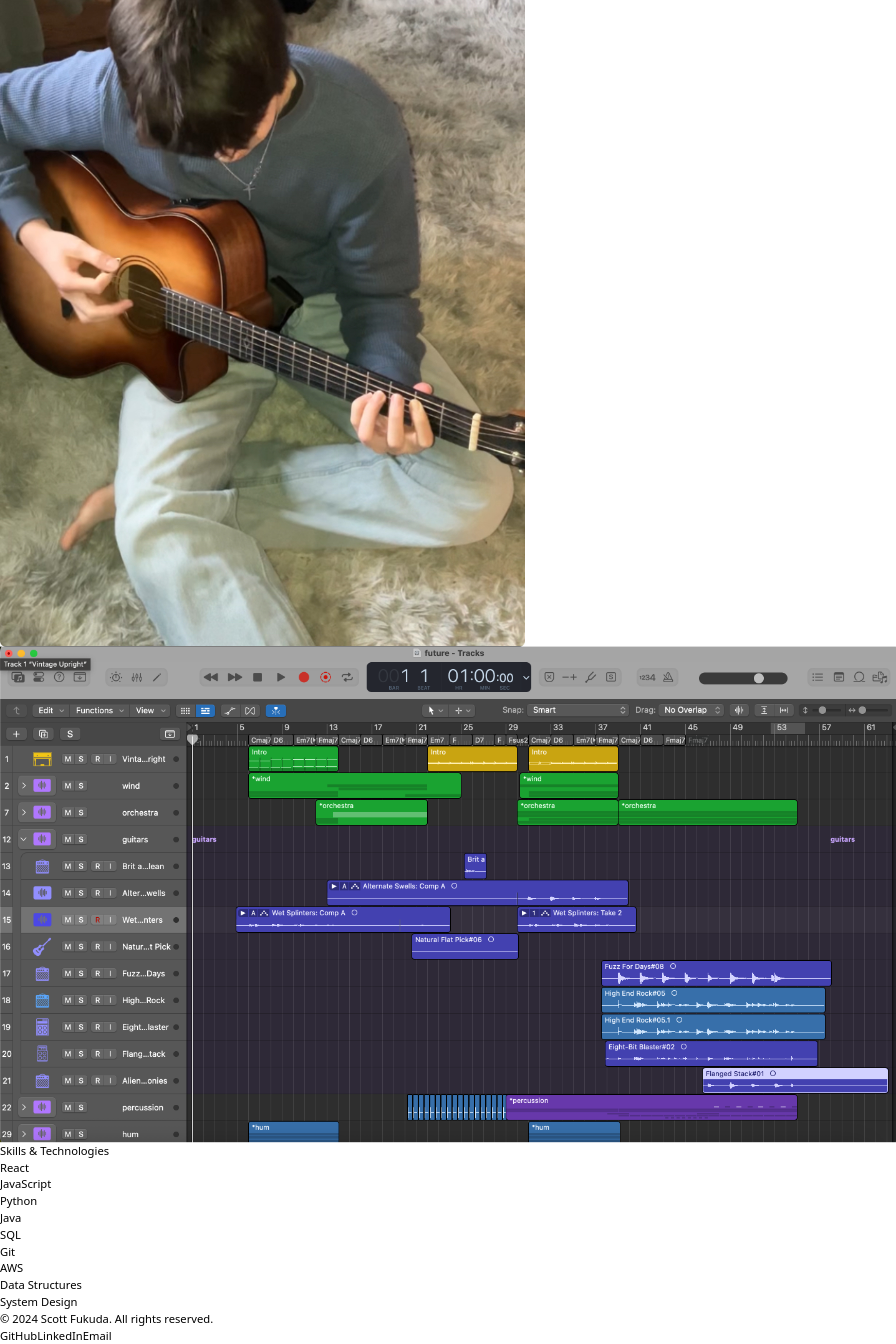
Repository: Scott-Fukuda/personalWebsite
Page: /about
These files come from the project's save history. The page is drawn as it stood at one moment and after the next save; the edit follows.
The browser window is 1280 px wide. The pictures show the part of the page from y = 1864 to 3784 px (the page is 3784 px tall before and 3760 px after), at 70% of full size.
The project was rebuilt for these pictures with package versions that can differ from the ones it lists, and the page was loaded fresh each time. Some packages were replaced by stand-ins written for this rebuild. Also part of the build but not shown: vite.config.js, src/data/experiences.js, src/pages/Home.jsx.

Above is the page before, as saved 2025-08-27 21:59:21.

### index.html
<!doctype html>
<html lang="en">
  <head>
    <meta charset="UTF-8" />
    <link rel="icon" type="image/svg+xml" href="/sf-logo.svg" />
    <link rel="icon" type="image/svg+xml" href="/sf-logo-192.svg" sizes="192x192" />
    <meta name="viewport" content="width=device-width, initial-scale=1.0" />
    <title>Scott Fukuda - Personal Website</title>
  </head>
  <body>
    <div id="root"></div>
    <script type="module" src="/src/main.jsx"></script>
  </body>
</html>

### src/App.jsx
import { BrowserRouter as Router, Routes, Route } from "react-router-dom";
import Navbar from "./components/Navbar";
import Footer from "./components/Footer";
import Home from "./pages/Home";
import About from "./pages/About";

export default function App() {
  return (
    <Router>
      <div className="min-h-screen bg-gray-50 dark:bg-gray-900 text-gray-900 dark:text-gray-100">
        <Navbar />
        <Routes>
          <Route path="/" element={<Home />} />
          <Route path="/about" element={<About />} />
        </Routes>
        <Footer />
      </div>
    </Router>
  );
}

### src/index.css
@tailwind base;
@tailwind components;
@tailwind utilities;

/* Basic reset and global styles */
* {
  margin: 0;
  padding: 0;
  box-sizing: border-box;
}

body {
  font-family: system-ui, -apple-system, BlinkMacSystemFont, 'Segoe UI', Roboto, sans-serif;
  -webkit-font-smoothing: antialiased;
  -moz-osx-font-smoothing: grayscale;
}

### src/components/Navbar.jsx
import { Link } from "react-router-dom";

export default function Navbar() {
  return (
    <nav className="bg-white dark:bg-gray-800 shadow p-4 sticky top-0 z-50">
      <div className="max-w-5xl mx-auto flex justify-between items-center">
        <h1 className="text-xl font-bold">Scott Fukuda</h1>
        <div className="flex gap-6">
          <Link to="/" className="hover:text-blue-500">Home</Link>
          <Link to="/about" className="hover:text-blue-500">About</Link>
        </div>
      </div>
    </nav>
  );
}

### src/components/Footer.jsx
export default function Footer() {
  return (
    <footer className="bg-white dark:bg-gray-800 shadow mt-12">
      <div className="max-w-5xl mx-auto p-6">
        <div className="flex flex-col md:flex-row justify-between items-center">
          <div className="text-gray-600 dark:text-gray-300">
            © 2024 Scott Fukuda. All rights reserved.
          </div>
          <div className="flex gap-4 mt-4 md:mt-0">
            <a
              href="https://github.com/Scott-Fukuda"
              target="_blank"
              rel="noopener noreferrer"
              className="text-gray-600 dark:text-gray-300 hover:text-blue-500"
            >
              GitHub
            </a>
            <a
              href="https://linkedin.com/in/scott-fukuda-3923172ab/"
              target="_blank"
              rel="noopener noreferrer"
              className="text-gray-600 dark:text-gray-300 hover:text-blue-500"
            >
              LinkedIn
            </a>
            <a
              href="mailto:your.email@example.com"
              className="text-gray-600 dark:text-gray-300 hover:text-blue-500"
            >
              Email
            </a>
          </div>
        </div>
      </div>
    </footer>
  );
}

### src/pages/About.jsx
import { useState, useEffect } from "react";

export default function About() {
  const [activeSection, setActiveSection] = useState(0);
  const [isVisible, setIsVisible] = useState(false);

  useEffect(() => {
    setIsVisible(true);
    const interval = setInterval(() => {
      setActiveSection((prev) => (prev + 1) % 4);
    }, 4000);
    return () => clearInterval(interval);
  }, []);

  const sections = [
    {
      title: "Computer Science Student",
      description: "I am currently pursuing my degree at Cornell University. Ithaca is GORGES!",
      image: "🎓",
      color: "from-blue-500 to-purple-600",
      photos: ["/images/ithaca1.jpeg", "/images/ithaca2.jpeg"]
    },
    {
      title: "Music Enthusiast",
      description: "I love writing and producing music. I also play electric guitar at my church, and at Cru, Cornell's Christian fellowship.",
      image: "🎸",
      color: "from-green-500 to-teal-600",
      photos: ["/images/music1.JPG", "/images/music2.png"]
    },
    {
      title: "Giving Back",
      description: "I have been blessed with much. It brings me joy to give back to my communities, whether Ithaca, my church, or Cornell.",
      image: "🤲",
      color: "from-yellow-500 to-orange-600",
      photos: ["/images/service1.jpeg", "/images/service2.jpeg"]
    },
    {
      title: "Adventure Seeker",
      description: "When I'm not coding, you'll find me hiking, exploring new places, or going on runs with friends.",
      image: "🏔️",
      color: "from-red-500 to-pink-600",
      photos: ["/images/adventure.jpeg", "/images/adventure2.jpeg"]
    }
  ];

  return (
    <div className="max-w-6xl mx-auto p-6">
      <div className={`transition-opacity duration-1000 ${isVisible ? 'opacity-100' : 'opacity-0'}`}>
        <h1 className="text-4xl font-bold mb-8 text-center">About Me</h1>

        {/* Profile section with image */}
        <div className="text-center mb-12">
          <div className="flex justify-center mb-6">
            <img
              src="/images/profile.png"
              alt="Scott Fukuda"
              className="w-32 h-32 rounded-full object-cover shadow-lg border-4 border-blue-500"
            />
          </div>
          <p className="text-xl leading-relaxed max-w-3xl mx-auto">
            I'm <span className="font-semibold text-blue-600 dark:text-blue-400">Scott Fukuda</span>,
            currently studying Computer Science at Cornell University. I enjoy solving problems,
            designing scalable systems, and experimenting with new technologies.
            Outside of coding, I love music, hiking, and exploring new places.
          </p>
        </div>

        {/* Animated sections */}
        <div className="grid md:grid-cols-2 gap-8 mb-12">
          {/* Left side - Animated content */}
          <div className="space-y-6">
            {sections.map((section, index) => (
              <div
                key={index}
                className={`p-6 rounded-2xl shadow-lg transition-all duration-500 transform cursor-pointer ${
                  activeSection === index
                    ? 'scale-105 bg-gradient-to-r ' + section.color + ' text-white'
                    : 'bg-white dark:bg-gray-800 hover:scale-102 hover:shadow-xl'
                }`}
                onClick={() => setActiveSection(index)}
              >
                <div className="flex items-center space-x-4">
                  <div className="text-4xl">{section.image}</div>
                  <div>
                    <h3 className={`text-xl font-semibold ${
                      activeSection === index ? 'text-white' : 'text-gray-900 dark:text-white'
                    }`}>
                      {section.title}
                    </h3>
                    <p className={`mt-2 ${
                      activeSection === index ? 'text-white' : 'text-gray-600 dark:text-gray-300'
                    }`}>
                      {section.description}
                    </p>
                  </div>
                </div>
              </div>
            ))}
          </div>

          {/* Right side - Photos for active section */}
          <div className="flex items-center justify-center">
            <div className="w-full max-w-md">
              <div className="text-center mb-4">
                <h3 className="text-xl font-semibold text-gray-900 dark:text-white mb-2">
                  {sections[activeSection].title}
                </h3>
                <div className="text-6xl mb-4">
                  {sections[activeSection].image}
                </div>
              </div>
              <div className="grid grid-cols-2 gap-4">
                {sections[activeSection].photos.map((photo, photoIndex) => (
                  <div key={photoIndex} className="aspect-square">
                    <img
                      src={photo}
                      alt={`${sections[activeSection].title} photo ${photoIndex + 1}`}
                      className="w-full h-full rounded-lg object-cover shadow-lg hover:scale-105 transition-transform duration-300"
                    />
                  </div>
                ))}
              </div>
            </div>
          </div>
        </div>

        {/* Skills section */}
        <div className="bg-white dark:bg-gray-800 rounded-2xl shadow-lg p-8">
          <h2 className="text-2xl font-bold mb-6 text-center">Skills & Technologies</h2>
          <div className="grid grid-cols-2 md:grid-cols-4 gap-4">
            {[
              "React", "JavaScript", "Python",
              "Java", "SQL", "Git",
              "AWS", "Data Structures", "System Design"
            ].map((skill, index) => (
              <div
                key={skill}
                className="bg-gray-100 dark:bg-gray-700 rounded-lg p-3 text-center hover:bg-blue-100 dark:hover:bg-blue-900 transition-colors duration-300"
                style={{
                  animationDelay: `${index * 100}ms`,
                  animation: 'fadeInUp 0.6s ease-out forwards'
                }}
              >
                {skill}
              </div>
            ))}
          </div>
        </div>
      </div>

      <style jsx>{`
        @keyframes fadeInUp {
          from {
            opacity: 0;
            transform: translateY(20px);
          }
          to {
            opacity: 1;
            transform: translateY(0);
          }
        }
      `}</style>
    </div>
  );
}

Loaded but not shown: src/main.jsx (common file); tailwind.config.js (empty)

After the next save:
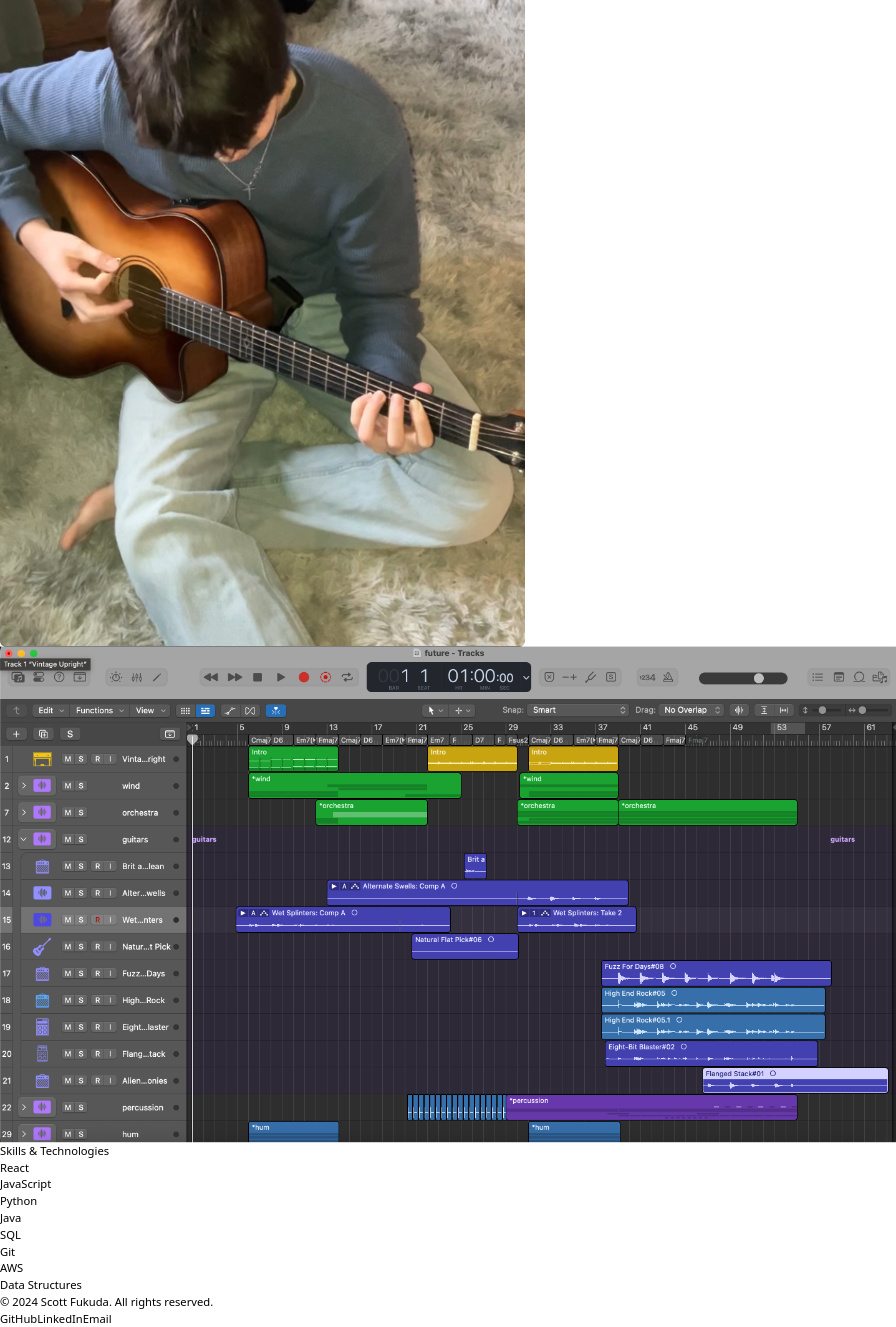
Saved 29 s later.
--- a/src/pages/About.jsx
+++ b/src/pages/About.jsx
@@ -131,7 +131,7 @@ export default function About() {
             {[
               "React", "JavaScript", "Python",
               "Java", "SQL", "Git",
-              "AWS", "Data Structures", "System Design"
+              "AWS", "Data Structures"
             ].map((skill, index) => (
               <div
                 key={skill}
